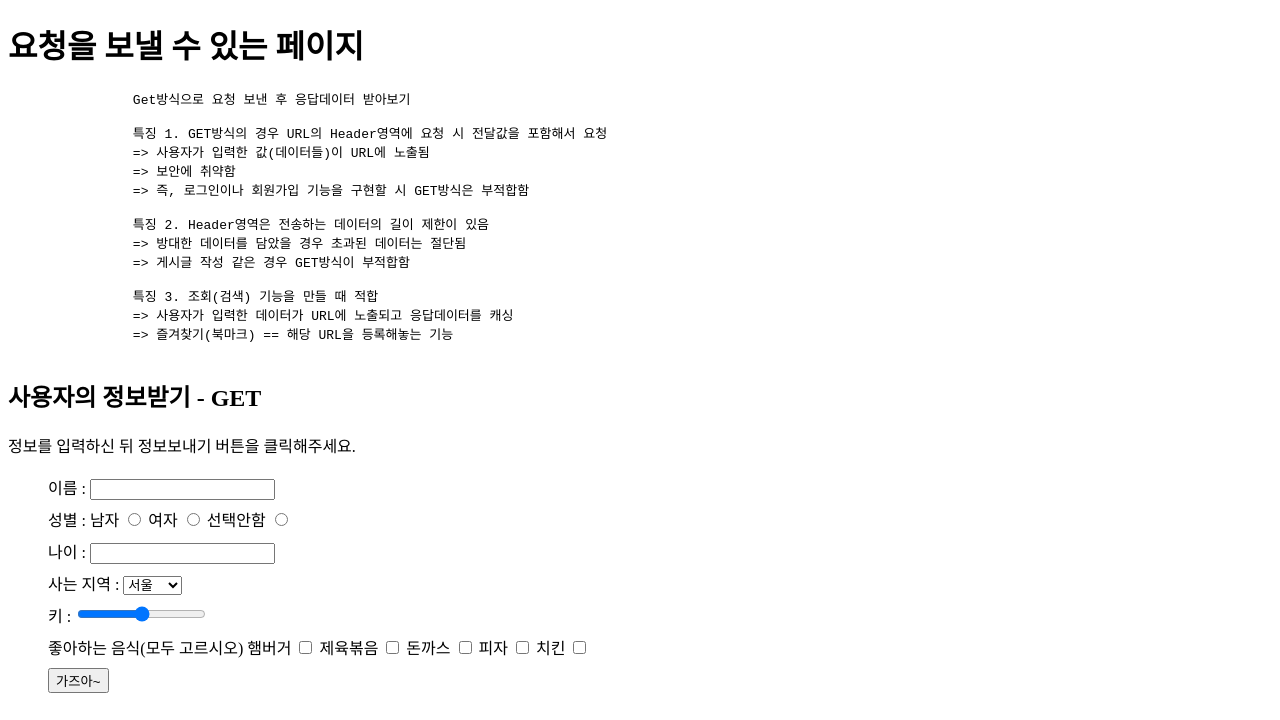
Repository: rlaehqkf/java_practice
Page: MyFirstWebProject/src/main/webapp/views/request_get.html
The author's editor kept a copy of each file at every save. The page is drawn from the files as they stood at one save, then again after the next save.
The browser window is 1280 px wide. The pictures show the whole page.

Above is the page before, as saved 2026-05-04 08:22:16.

### MyFirstWebProject/src/main/webapp/views/request_get.html
<!DOCTYPE html>
<html>
<head>
<meta charset="UTF-8">
<title>요청을 보내야겠다~~</title>
<style>
	ul{
		list-style : none;
		line-height : 200%;
	}

</style>



</head>
<body>

	<h1>요청을 보낼 수 있는 페이지</h1>

	<pre>
		Get방식으로 요청 보낸 후 응답데이터 받아보기

		특징 1. GET방식의 경우 URL의 Header영역에 요청 시 전달값을 포함해서 요청
		=> 사용자가 입력한 값(데이터들)이 URL에 노출됨
		=> 보안에 취약함
		=> 즉, 로그인이나 회원가입 기능을 구현할 시 GET방식은 부적합함

		특징 2. Header영역은 전송하는 데이터의 길이 제한이 있음
		=> 방대한 데이터를 담았을 경우 초과된 데이터는 절단됨
		=> 게시글 작성 같은 경우 GET방식이 부적합함

		특징 3. 조회(검색) 기능을 만들 때 적합
		=> 사용자가 입력한 데이터가 URL에 노출되고 응답데이터를 캐싱
		=> 즐겨찾기(북마크) == 해당 URL을 등록해놓는 기능
	</pre>

	<h2> 사용자의 정보받기 - GET </h2>
	<p>정보를 입력하신 뒤 정보보내기 버튼을 클릭해주세요.</p>


	<!--
		form태그 안에 존재하는 submit타입의 버튼 클릭 시
		form태그의 속성 중 action속성에 작성된 URL로 요청을 보냄!!
		Controller로 요청을 보내야함 -> Servlet

		http://localhost:8088/first
	 -->


	<form method="get" action="http://localhost:8088/first/first.do" >
		<ul>
			<li>
				이름 : <input type="text" name="name"/>
			</li>
			<li>
				성별 :
				남자 <input type="radio" name="gender" value="남자" />
				여자 <input type="radio" name="gender" value="여자" />
				선택안함 <input type="radio" name="gender" value="선택 안 함" />
			</li>
			<li>
				나이 : <input type="number" name="age" />
			</li>
			<li>
				사는 지역 :
				<select name="city">
					<option>서울</option>
					<option value="제주도">제주도</option>
				</select>
			</li>
			<li>
				키 : <input type="range" min="130" max="220" name="height" />
			</li>
			<li>
				좋아하는 음식(모두 고르시오)
				햄버거 <input type="checkbox" name="food" value="햄버거" />
				제육볶음 <input type="checkbox" name="food" value="제육볶음" />
				돈까스 <input type="checkbox" name="food" value="돈까스" />
				피자 <input type="checkbox" name="food" value="피자" />
				치킨 <input type="checkbox" name="food" value="치킨" />
			</li>
			<li>
				<button type="submit">가즈아~</button>
			</li>
			<li>

			</li>
		</ul>
	</form>




	<form method="get" action="http://localhost:8088/first/second.do" >

		<ul>
			<li>

			</li>
			<li>

			</li>
			<li>

			</li>
			<li>

			</li>
			<li>

			</li>
			<li>

			</li>
			<li>

			</li>
			<li>

			</li>
			<li>

			</li>
			<li>

			</li>
			<li>

			</li>




		</ul>
	</form>















</body>
</html>

After the next save:
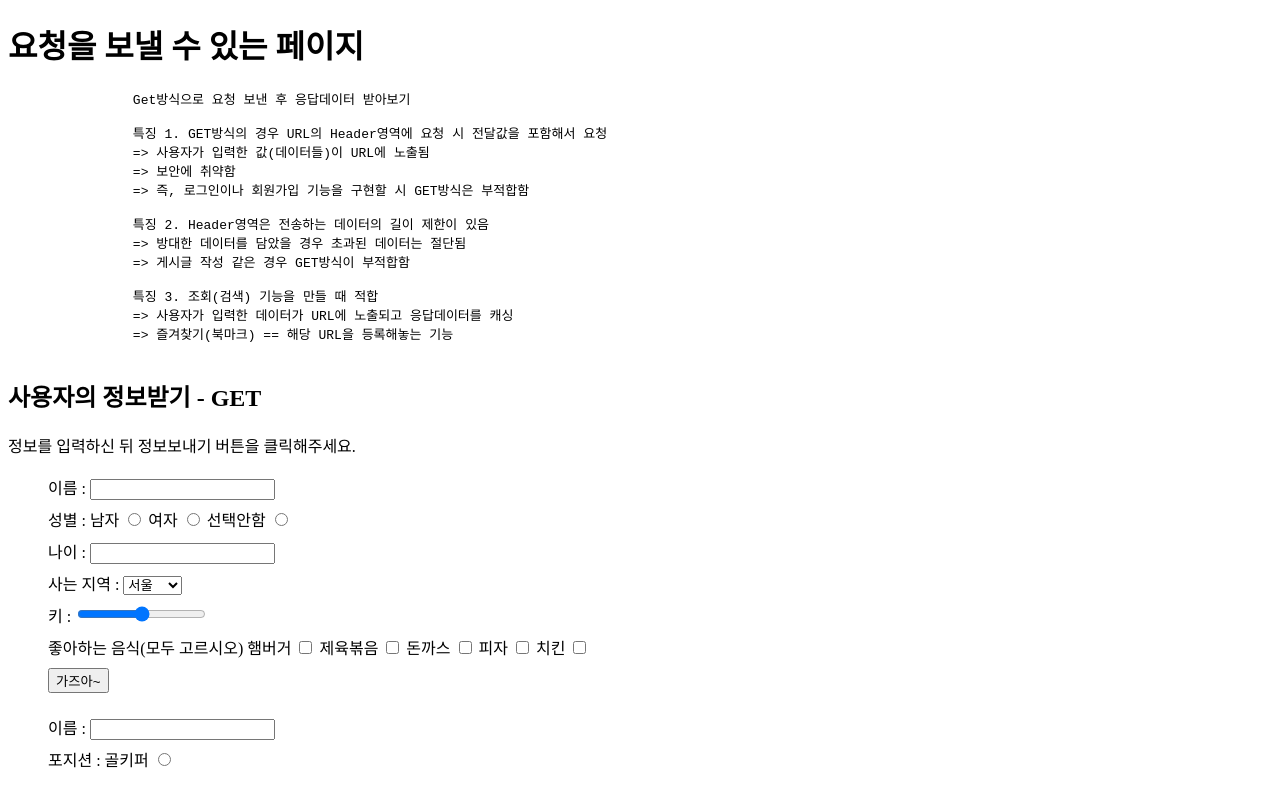
Saved 3 min 55 s later.
--- a/MyFirstWebProject/src/main/webapp/views/request_get.html
+++ b/MyFirstWebProject/src/main/webapp/views/request_get.html
@@ -93,13 +93,13 @@
 
 
 	<form method="get" action="http://localhost:8088/first/second.do" >
-
 		<ul>
 			<li>
-
+				이름 : <input type="text" name="name" />
 			</li>
 			<li>
-
+				포지션 :
+				골키퍼 <input type="radio"
 			</li>
 			<li>
 
